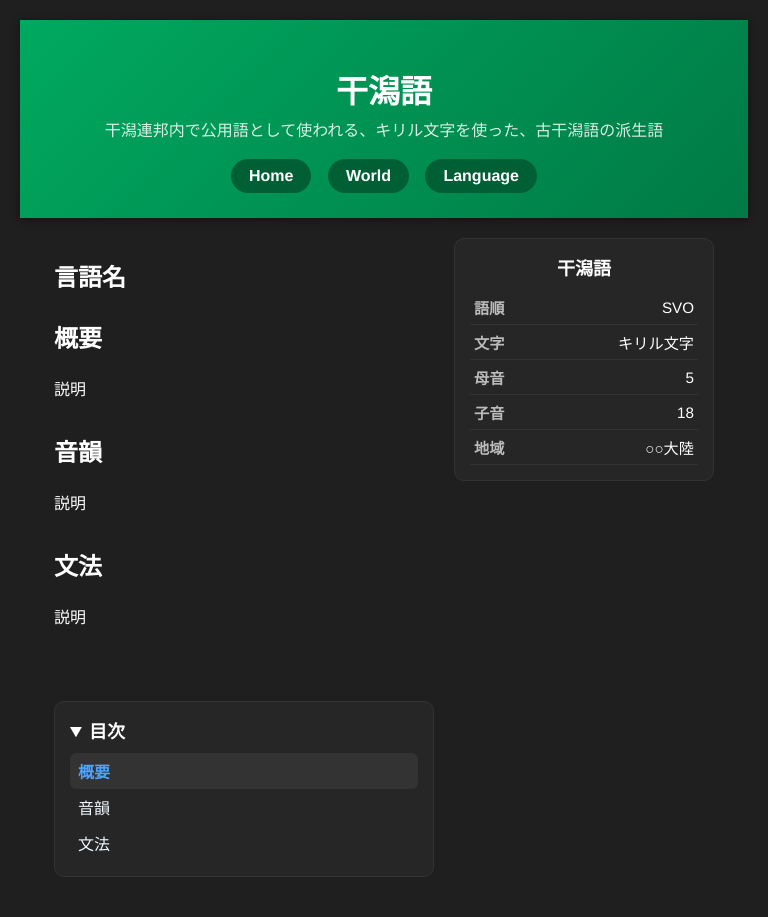
Repository: Player5270-antake/Player5270-antake.github.io
Page: language/hagalen/index.html
An editor plug-in stored every save of this project. The page is shown before and after the next save, followed by the edit.
The browser window is 768 px wide. The pictures show the whole page.

Above is the page before, as saved 2026-03-08 14:47:33.

### language/hagalen/index.html
<!DOCTYPE html>
<html lang="ja">
<head>
    <meta charset="UTF-8">
    <meta name="viewport" content="width=device-width, initial-scale=1.0">
    <title>干潟語 | あんたけのガレージセンター</title>
    <link rel="stylesheet" href="../../css/style.css">
</head>
<body>
    <div class="container">
        <header>
            <h1>干潟語</h1>
            <p>干潟連邦内で公用語として使われる、キリル文字を使った、古干潟語の派生語</p>
            <nav>
                <a href="../../">Home</a>
                <a href="../../world/">World</a>
                <a href="../">Language</a>
            </nav>
        </header>
        <main>
            <aside class="infobox">

                <h2>干潟語</h2>

                <table>

                <tr>
                <th>語順</th>
                <td>SVO</td>
                </tr>

                <tr>
                <th>文字</th>
                <td>キリル文字</td>
                </tr>

                <tr>
                <th>母音</th>
                <td>5</td>
                </tr>

                <tr>
                <th>子音</th>
                <td>18</td>
                </tr>

                <tr>
                <th>地域</th>
                <td>○○大陸</td>
                </tr>

                </table>
            </aside>
            <div class="page-layout">

                <article class="article">
                <h1>言語名</h1>

                <section id="overview">
                <h2>概要</h2>
                <p>説明</p>
                </section>

                <section id="phonology">
                <h2>音韻</h2>
                <p>説明</p>
                </section>

                <section id="grammar">
                <h2>文法</h2>
                <p>説明</p>
                </section>

                </article>


                <details class="toc" open>
                <summary>目次</summary>
                <ul>
                <li><a href="#overview">概要</a></li>
                <li><a href="#phonology">音韻</a></li>
                <li><a href="#grammar">文法</a></li>
                </ul>
                </details>

                </div>
        </main>
    </div>
    <script src="../../javascript/script.js"></script>
</body>
</html>

### css/style.css
/*全体設定*/
*{
    box-sizing:border-box;
}

body{
    background-color:#1f1f1f;
    color: white;
    font-family:'Helvetica Neue','Helvetica','Arial',sans-serif;
    margin:0;
}

html{
    scroll-behavior:smooth;
}

.container{
    max-width:900px;
    margin:0 auto;
    padding:20px;
}

/*ヘッダー設定*/
header{
    background: linear-gradient(135deg,#00a960,#007a45);
    padding:25px;
    text-align:center;
    position:sticky;
    top:0;
    z-index:1000;
    background:linear-gradient(135deg,#00a960,#007a45);
    box-shadow:0 2px 8px rgba(0,0,0,0.4);
}

header h1{
    margin-bottom:5px;
    font-size:32px;
}

header p{
    margin-top:0;
    opacity:0.85;
}

/*ヘッダーUI設定*/
nav{
    margin-top:18px;
}

nav a{
    text-decoration:none;
    color:white;
    background-color:#005f34;
    padding:8px 18px;
    margin:0 6px;
    border-radius:20px;
    font-weight:bold;
    display:inline-block;
}

nav a:hover{
    background-color:#004d2b;
    transform:translateY(-2px);
}

/*本文設定*/
main{
    padding:20px;
    margin-top:20px;
    max-width:700px;
    margin:auto;
}

section{
    margin-bottom:30px;
}

h2{
    margin-bottom:10px;
}

/*本文お知らせ設定*/
.news-list{
    list-style:none;
    padding:0;
    margin-top:10px;
}

.news-list li{
    background:#2a2a2a;
    padding:12px 15px;
    border-radius:8px;
    margin-bottom:10px;
}

.timeline time{
    font-weight:bold;
    color:#00d07a;
    min-width:100px;
}

.timeline li:hover{
    background:#2a2a2a;
}


/*本文UI設定*/
.cards{
    display:grid;
    grid-template-columns:repeat(auto-fit,minmax(250px,1fr));
    gap:20px;
    margin-top:15px;
}

.card{
    display:block;
    background:#2a2a2a;
    padding:20px;
    border-radius:12px;
    text-decoration:none;
    color:aliceblue;
    transition: transform 0.2s, background 0.2s;
    text-align:center;
    height:100%;
}


.card h3{
    margin-top:0;
    margin-bottom:8px;
}

.card:hover{
    background:#333;
    transform:translateY(-3px);
    box-shadow:0 6px 18px rgba(0,0,0,0.4);
}

.card-icon{
    font-size:28px;
    margin-bottom:8px;
}

/*フッター設定*/
footer{
    margin-top:40px;
    padding:25px;
    text-align:center;
    background:#181818;
    border-top:1px solid #333;
}

/*フッターUI設定*/
.footer-nav{
    margin-top:10px;
}

.footer-nav a{
    text-decoration:none;
    color:#aaa;
    margin:0 10px;
}

.footer-nav a:hover{
    color:white;
}

/*ページ目次欄*/
.toc{
    position:sticky;
    top:20px;

    background:#262626;
    border:1px solid #333;
    border-radius:10px;
    padding:15px;
}

.toc summary{
    font-size:18px;
    cursor:pointer;
    font-weight:bold;
}

.toc ul{
    list-style:none;
    padding:0;
    margin:10px 0 0 0;
}

.toc a{
    display:block;
    padding:6px 8px;
    border-radius:6px;
    text-decoration:none;
    color:aliceblue;
}

.toc a.active{
    background:#333;
    color:#4da3ff;
    font-weight:bold;
}

.toc a:hover{
    background:#333;
}

.toc a:hover{
    background:#333;
}

/*ページ設定*/
.page-layout{
    display:grid;
    grid-template-columns:1fr 250px;
    gap:40px;
}

.article{
    max-width:800px;
    line-height:1.7;
}

/*ページ補足情報*/
.infobox{
    float:right;
    width:260px;

    background:#262626;
    border:1px solid #333;
    border-radius:10px;

    padding:15px;
    margin:0 0 20px 20px;

    font-size:0.95em;
}

.infobox h2{
    margin-top:0;
    font-size:18px;
    text-align:center;
}

.infobox table{
    width:100%;
    border-collapse:collapse;
}

.infobox th,
.infobox td{
    padding:6px 4px;
    border-bottom:1px solid #333;
}

.infobox th{
    text-align:left;
    color:#bbb;
}

.infobox td{
    text-align:right;
}

/*スマホ向け*/
@media (max-width:900px){

    .page-layout{
        grid-template-columns:1fr;
    }

    .toc{
        position:static;
    }
}

### javascript/script.js
const sections = document.querySelectorAll("section");
const links = document.querySelectorAll(".toc a");

const observer = new IntersectionObserver(entries => {

entries.forEach(entry => {

if(entry.isIntersecting){

links.forEach(link => {
link.classList.remove("active");
});

const id = entry.target.getAttribute("id");
const activeLink = document.querySelector(`.toc a[href="#${id}"]`);

if(activeLink){
activeLink.classList.add("active");
}

}

});

},{
rootMargin: "-40% 0px -55% 0px"
});

sections.forEach(section=>{
observer.observe(section);
});

After the next save:
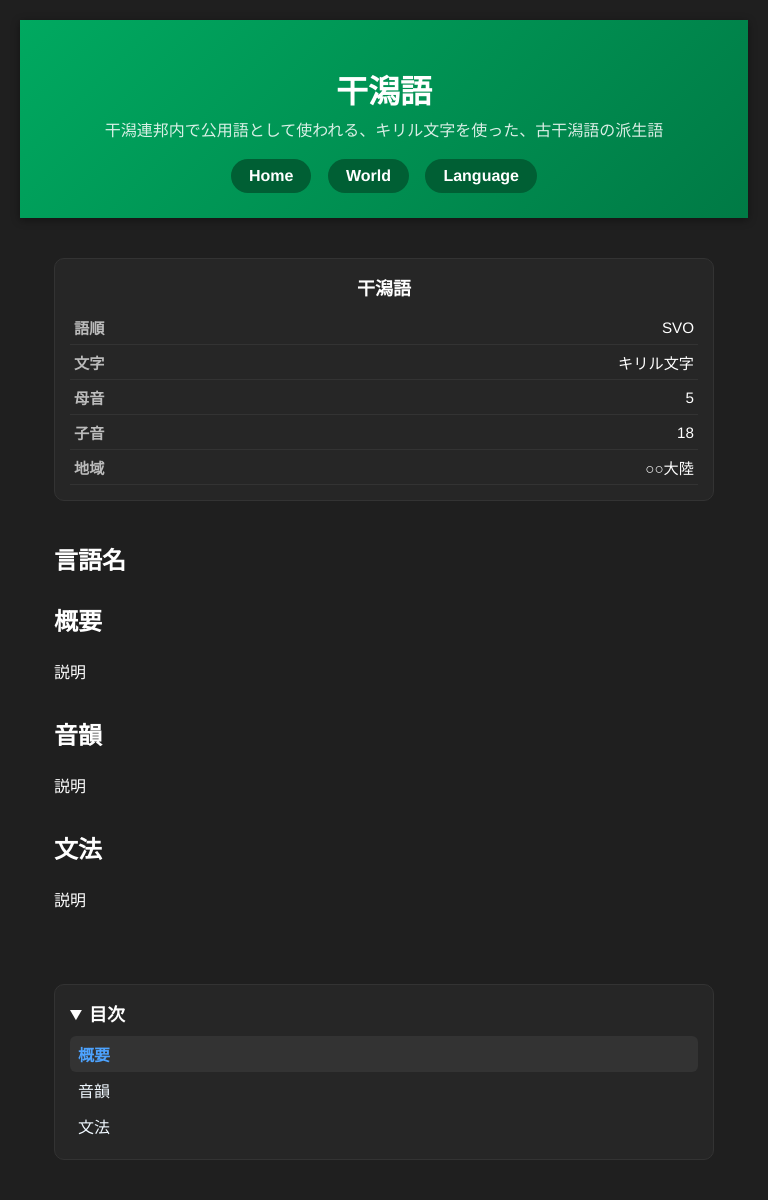
Saved 22 s later.
--- a/css/style.css
+++ b/css/style.css
@@ -274,3 +274,13 @@ footer{
         position:static;
     }
 }
+
+@media (max-width:900px){
+
+    .infobox{
+        float:none;
+        width:100%;
+        margin:20px 0;
+    }
+
+    }
